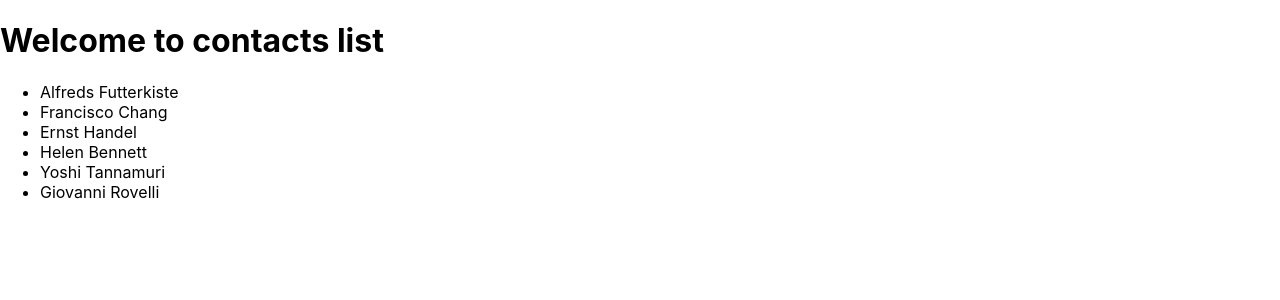
Repository: emorilebo/next-linkedin-training
Page: /contact
An editor plug-in stored every save of this project. The page is shown before and after the next save, followed by the edit.
The browser window is 1280 px wide. The pictures show the whole page.
The project was rebuilt for these pictures with package versions that can differ from the ones it lists, and the page was loaded fresh each time. The framework's server and built-in components were replaced by stand-ins that run in the browser. Also part of the build but not shown: next.config.js.

Above is the page before, as saved 2022-12-26 08:00:29.

After the next save:
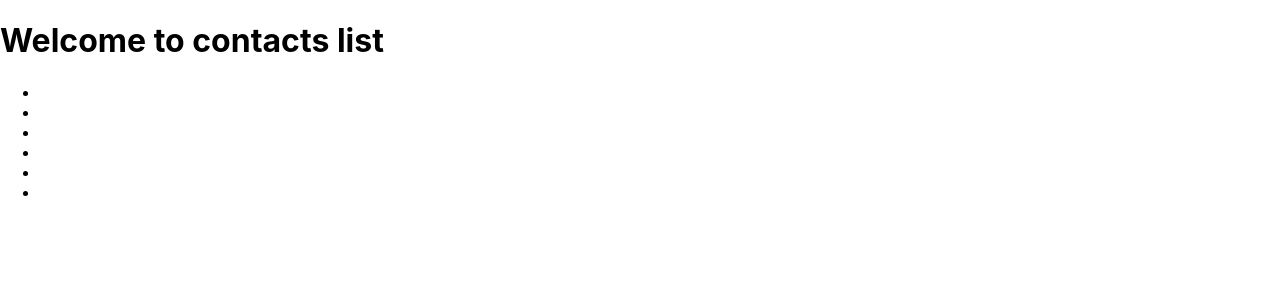
Saved 7 s later.
--- a/pages/contact/index.js
+++ b/pages/contact/index.js
@@ -8,7 +8,9 @@ export default function ContactsList() {
       <h1>Welcome to contacts list</h1>
       <ul>
         {contacts.map((contact) => (
-          <li>{contact.name}</li>
+          <li>
+
+          </li>
         ))}
       </ul>
     </div>
